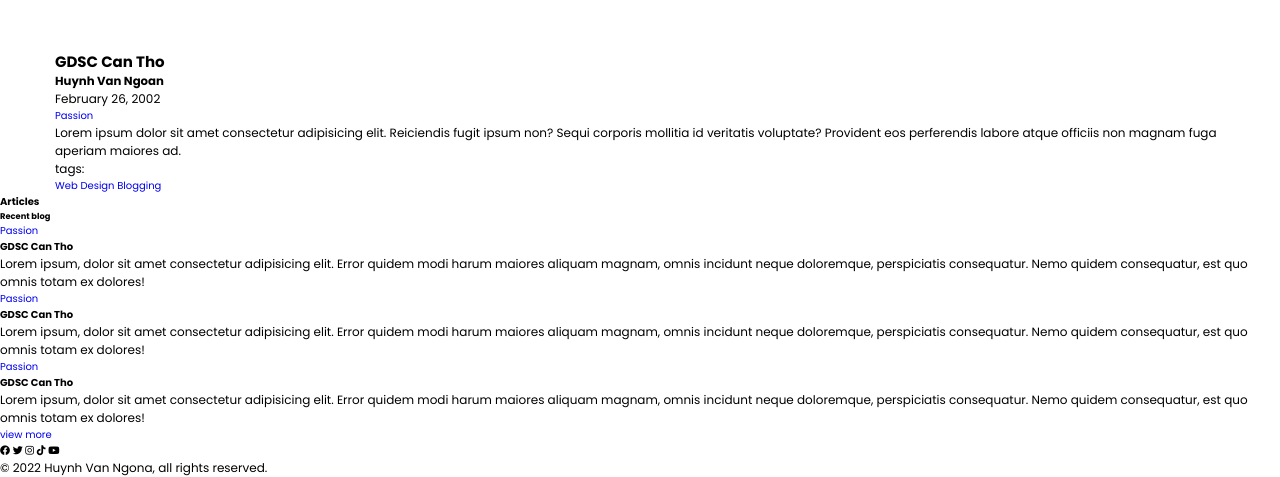
Repository: huynhvanngoan/TaskTeam5
Page: BlogPost/HTML/index.html
The author's editor kept a copy of each file at every save. The page is drawn from the files as they stood at one save, then again after a run of saves.
The browser window is 1280 px wide. The pictures show the part of the page from y = 660 to 1137 px (the page is 1137 px tall before and 1097 px after).

Above is the page before, as saved 2022-10-17 00:23:50.

After the next 4 saves:
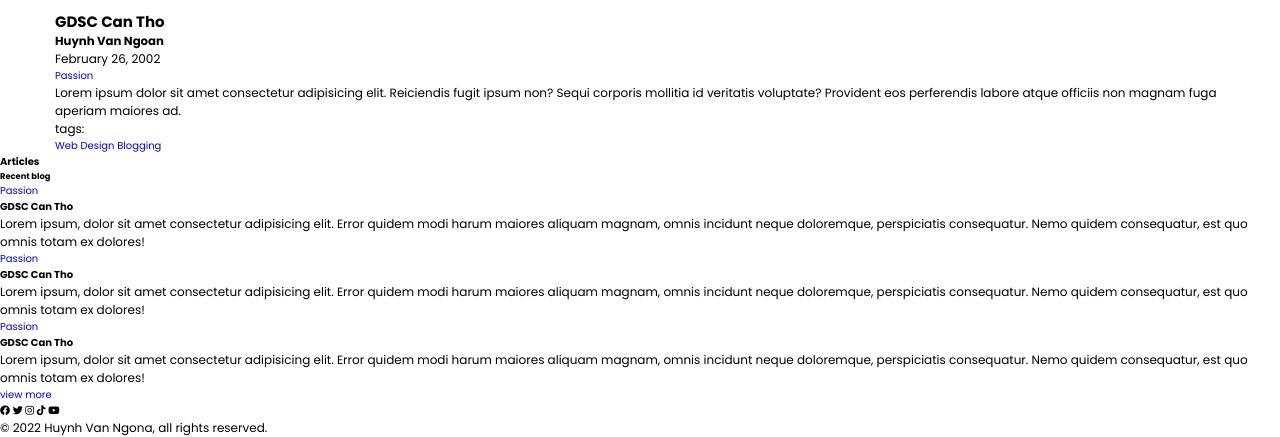
The 4 saves are shown as one change because they came seconds apart.
The last was saved 11 s later.
--- a/BlogPost/CSS/style.css
+++ b/BlogPost/CSS/style.css
@@ -71,7 +71,7 @@ header{
 }
 .hero{
     max-width: 100vh;
-    height: 61rem;
+    height: 57rem;
     background: url(../Images/Background.JPG) no-repeat center center / cover;
     margin: 5rem auto;
 }
